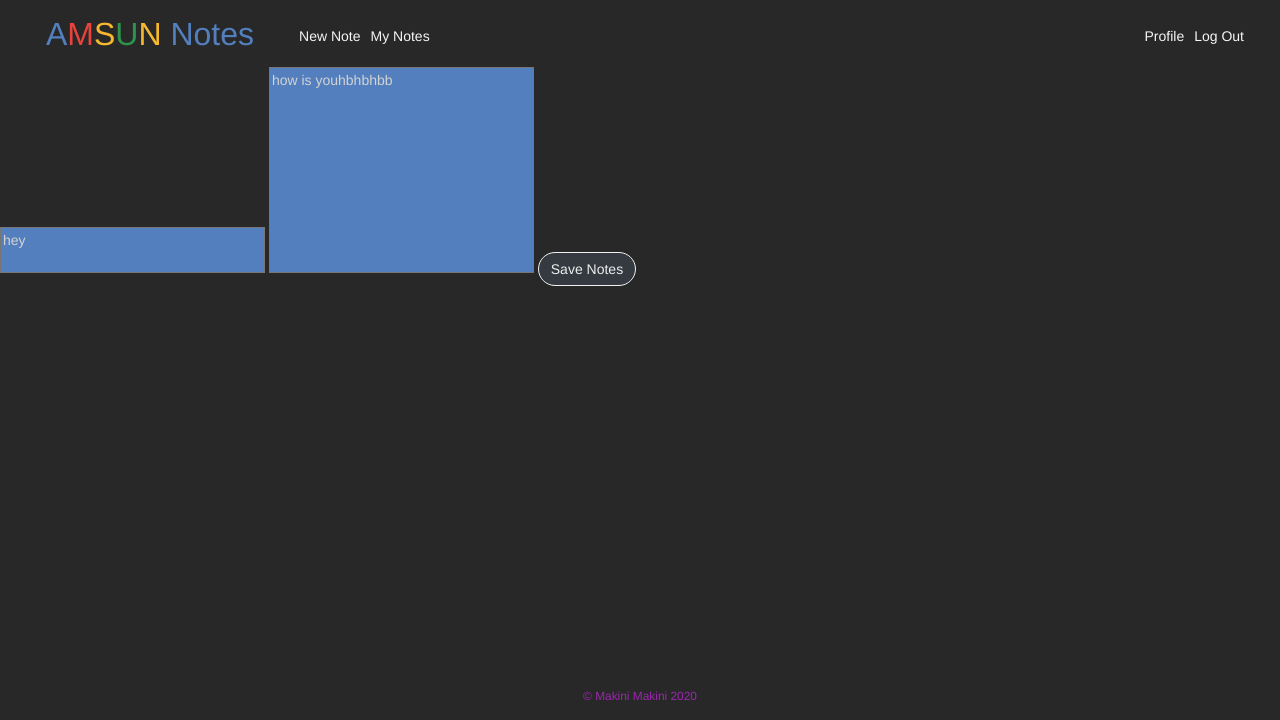
Repository: MakiniMakini/AMSUN-NOTES
Page: http://localhost/22/edit
An editor plug-in stored every save of this project. The page is shown before and after the next save, followed by the edit.
The browser window is 1280 px wide. The pictures show the whole page.
Some web fonts or font styles are not loaded; a fallback is used. The page is served by the project's application, run on Flask 3 (application.py). The session is filled in as if someone had signed in: {"user_id": 1}. The page reads the database file committed with the project.

Above is the page before, as saved 2020-12-25 13:01:47.

After the next save:
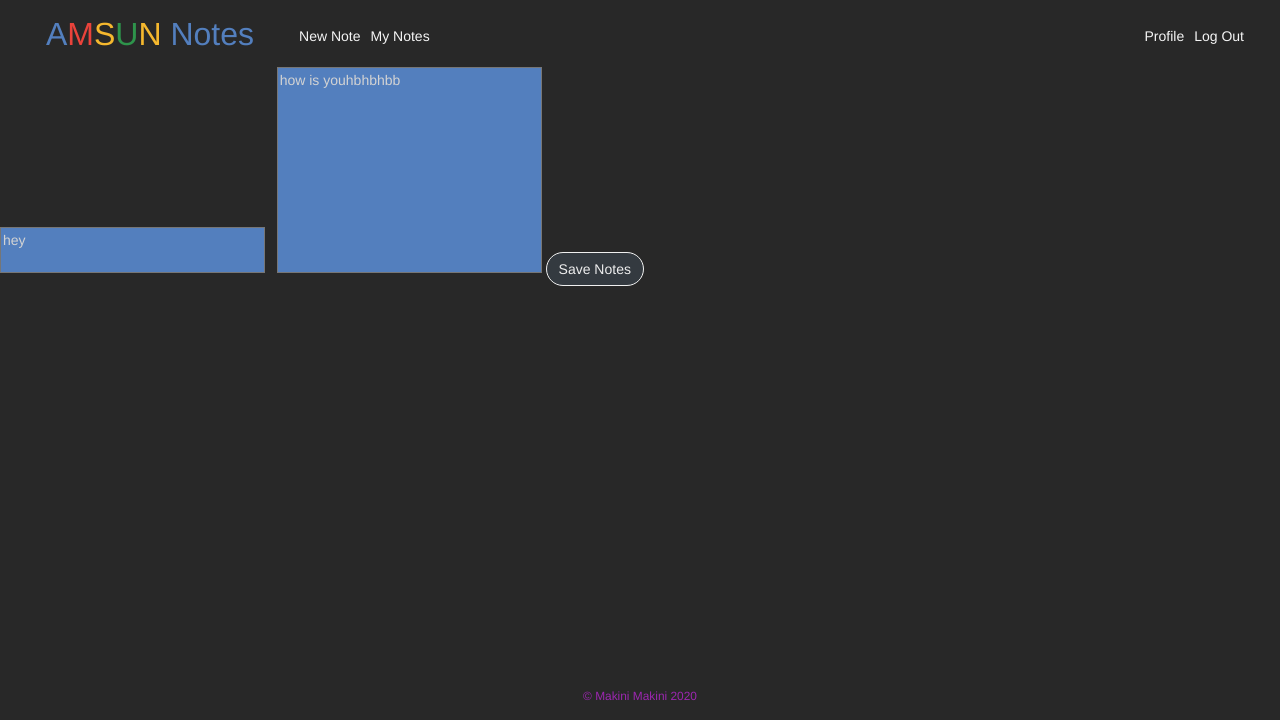
Saved 58 s later.
--- a/templates/edit.html
+++ b/templates/edit.html
@@ -12,7 +12,7 @@
             {% for item in notes %}
 
             <form action="/{{item[0]}}/edit" method="POST">
-              <textarea name="title" id="" cols="30" rows="2" placeholder="title" type="text" >{{item[1]}}</textarea>
+              <textarea name="title" id="" cols="30" rows="2" placeholder="title" type="text" >{{item[1]}}</textarea> &nbsp;
               <textarea name="notes" id="" cols="30" rows="10" placeholder="notes" type="text">{{item[2]}}</textarea>
               <button class="btn btn-primary bg-dark" type="submit">Save Notes</button>
             </form>
